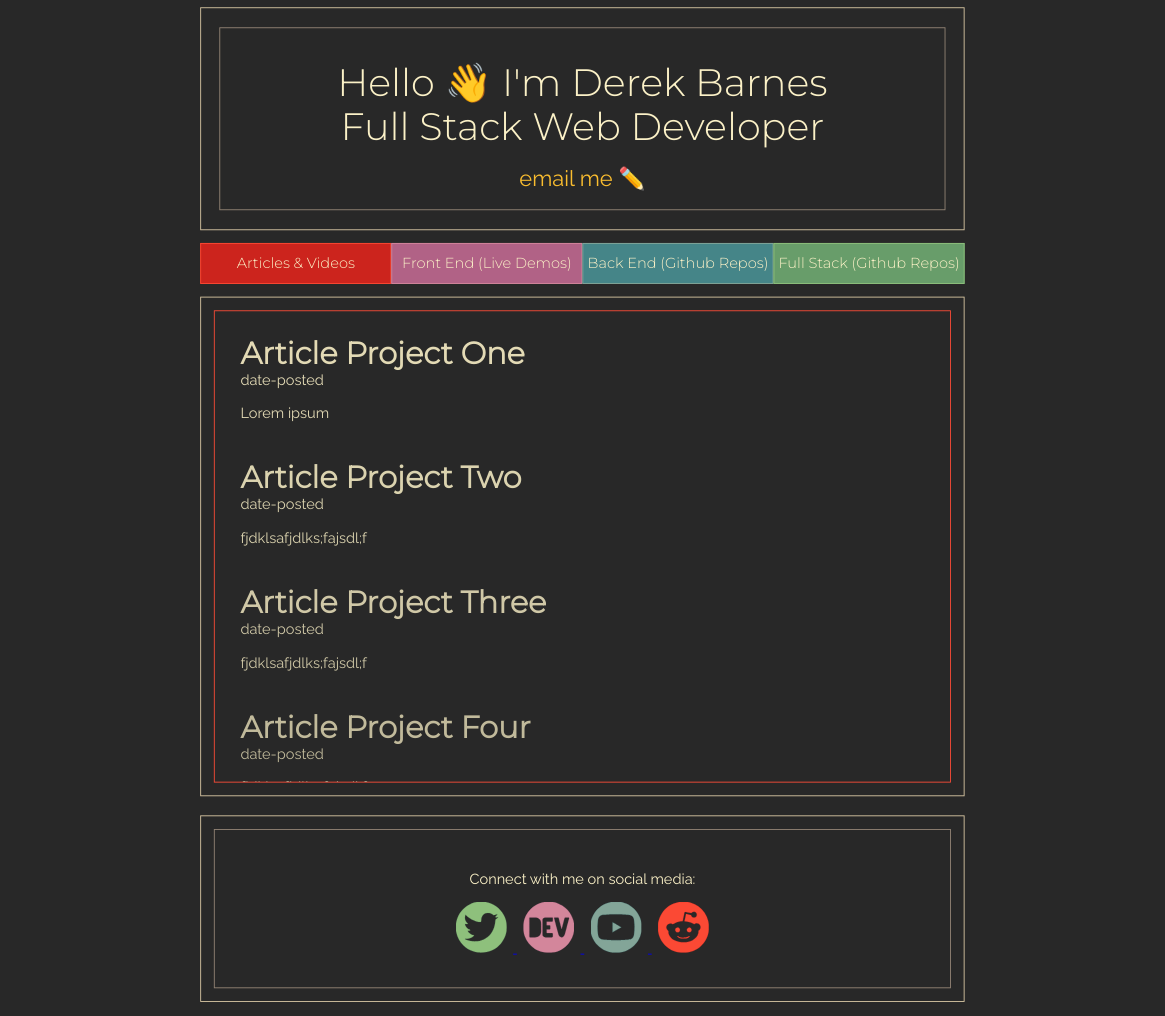
Repository: dsbarnes/groovy-blog
Page: index.html
An editor plug-in stored every save of this project. The page is shown before and after the next save, followed by the edit.
The browser window is 1280 px wide. The pictures show the whole page, at 91% of full size.
After loading, the first visible `#articles` was clicked once.
An inner scrolling area shows only its first screen. The style sheet was rebuilt from its Sass, Less or Tailwind sources for each picture, by a compiler version that may differ from the author's.

Above is the page before, as saved 2020-05-11 18:33:52.

### index.html
<!DOCTYPE html>
<html lang="en">

<head>
    <meta charset="UTF-8">
    <meta name="viewport" content="width=device-width, initial-scale=1.0">
    <link href="https://fonts.googleapis.com/css2?family=Montserrat:wght@300&display=swap" rel="stylesheet">
    <link href="https://fonts.googleapis.com/css2?family=Raleway&display=swap" rel="stylesheet">

    <title>D.S. Barnes</title>

    <link rel="stylesheet" href="./CSS/style.css">
</head>

<body>
    <div class="container">

        <div id='nameCard'>
            <div id="doubleBorder">
                <p>Hello 👋 I'm Derek Barnes</p>
                <p>Full Stack Web Developer</p>
                <br />
                <small><a href='mailto:derekb0147@gmail.com'>email me ✏️</a></small>
                <br />
            </div>
        </div>

        <div id='selections'>
            <p class='nav' data-color='red' id='articles'>Articles & Videos</p>
            <p class='nav' data-color='purple' id='frontend'>Front End (Live Demos)</p>
            <p class='nav' data-color='blue' id='backend'>Back End (Github Repos)</p>
            <p class='nav' data-color='aqua' id='fullstack'>Full Stack (Github Repos)</p>
        </div>

        <!-- <button id="toggle-button">Toggle collapse</button> -->

        <!-- Section one -->
        <div class="content">
            <div class='double-border'>
                <div id='content-section-text'>
                    <p>As a full stack developer, I don't just write code.</p>
                    <p>I focus on team dynamics, agile work practices, and communications.</p>
                    <br />
                    <p>I can build APIs and maintain databases.</p>
                    <p>Equally, often more importantly, I listen to and understand consumer needs.</p>
                    <br />
                    <p>I specialize in clean, unobtrusive interfaces,</p>
                    <p>using modern technology,</p>
                    <p>to communicate clearly and solve real world problems.</p>
                </div>
            </div>
        </div>


        <!-- Section two -->
        <div class="hobbies">
            <div class='double-border'>

                <p>Besides code, I like to:</p>
                <br />

                <p class='xpad'>
                    <span class='bigEmoji'>🤔</span>
                    <span class='emojiText'>Think about philosophy.</span>
                </p>

                <p class='xpad'>
                    <span class='bigEmoji'>♟️</span>
                    <span class='emojiText'>Play chess.</span>
                </p>

                <p class='xpad'>
                    <span class='bigEmoji'>🎤</span>
                    <span class='emojiText'>listen to gratuitous amounts of rap music.</span>
                </p>
            </div>
        </div>


        <!-- Section three -->
        <div class="social-media">
            <div class="double-border">

                <p>Connect with me on social media:</p>

                <div id='media-icons'>
                    <a href='https://twitter.com/DerekBarnes0' id='twitter'>
                        <img src='../SVG/twitterLogo.svg'>
                    </a></img>

                    <a href='https://dev.to/dsbarnes' id="devto">
                        <img src='../SVG/devLogo.svg'>
                    </a></img>

                    <a href='https://www.youtube.com/channel/UC4wXeImm3FqzbxJvwSMoQFg?view_as=subscriber' id='youtube'>
                        <img src='../SVG/youtubeLogo.svg'>
                    </a></img>

                    <a href='https://www.reddit.com/user/snipethebird' id='reddit'>
                        <img src='../SVG/redditLogo.svg'>
                    </a></img>
                </div>

            </div>
        </div>

    </div><!-- container -->

    <script type=module src="index.js"></script>
</body>

</html>

### index.js
import articles from './components/articles.js'
import repos from './components/repos.js'

import articlesData from './siteData/articles.js'
import backendData from './siteData/backEnd.js'
import frontendData from './siteData/frontEnd.js'
import fullstackData from './siteData/fullStack.js'

const handleRemoveData = () => {
    const sections = Array.from(document.querySelectorAll('[id*="section-text"]'))

    for (const section of sections) {
        const elementsToRemove = Array.from(section.children)
        for (const element of elementsToRemove)
            element.remove()
    }
}

const populateData = (id) => {
    id == 'articles' && articles(articlesData)
    id == 'frontend' && repos(frontendData)
    id == 'backend' && repos(backendData)
    id == 'fullstack' && repos(fullstackData)
}

const handleTransition = (id) => {
    // Adds overflow: scroll to the content car:
    document.querySelector('.content')
        .classList.add('collapsed')

    // Shrinks and fades out the middle card:
    document.querySelector('.hobbies')
        .classList.add('collapsed')

    // Adjusts the social media card:
    document.querySelector('.social-media')
        .classList.add('collapsed')

    populateData(id)
}

let active = null
document.querySelectorAll('.nav')
    .forEach(btn => btn.addEventListener('click', function () {
        // Set active section
        // Click the currently active section does nothing
        if (active == this.id) return
        active = this.id

        document.querySelector('.double-border')
            .classList.add(`border-color-${this.dataset.color}`)

        handleRemoveData()

        const hobbies = document.querySelector('.hobbies').classList
        // If hobbies is collapsed then only repopulate the data
        hobbies.contains('collapsed') ?
            // Fades in the articles:
            populateData(this.id) :
            // Fades out about card, then runs populateData()
            handleTransition(this.id)
    }))

### components/articles.js
function modules(arr) {
    const root = document.getElementById('content-section-text')

    // Conceptually this is the same thing as
    // handleElementSection in repos.js
    // however, it builds two different components.
    const handleElementSection = (element) => {
        const container = document.createElement('div')
        const title = document.createElement('h1')
        const date = document.createElement('p')
        const short = document.createElement('p')

        title.innerHTML = element['Title']
        container.appendChild(title)

        date.innerHTML = element['Date']
        container.appendChild(date)

        short.innerHTML = element['Short']
        container.appendChild(short)

        container.classList.add('article-repo')
        root.appendChild(container)
    }

    for (const i in arr) {
        // setTimeout is non-blocking
        // IIFE to prevent setTimeout from stacking
        // and executing all at once:
        (() => {
            const element = arr[i]
            setTimeout(() => {
                handleElementSection(element)
                // Not for(of) b/c i is necessary here:
            }, 160 * i)
        })(i)
    }
}

export default modules

### components/repos.js
function repos(arr) {

    const root = document.getElementById('content-section-text')

    // for (const element of arr) {

    // Conceptually this is the same thing as
    // handleElementSection in articles.js
    // however, it builds two different components.
    const handleElementSection = (element) => {
        const container = document.createElement('div')
        const titleAndLinks = document.createElement('div')
        const title = document.createElement('h1')
        const repolink = document.createElement('p')
        const demolink = document.createElement('p')
        const description = document.createElement('p')

        titleAndLinks.classList.add('repo-title-links')

        title.innerHTML = element['Repo']
        titleAndLinks.appendChild(title)

        repolink.innerHTML = element['RepoLink']
        titleAndLinks.appendChild(repolink)

        if (element['DemoLink'] != undefined) {
            demolink.innerHTML = element['DemoLink']
            container.appendChild(demolink)
            titleAndLinks.appendChild(demolink)
        }

        container.appendChild(titleAndLinks)

        description.innerHTML = element['Description']
        description.classList.add('repo-description')
        container.appendChild(description)

        container.classList.add('article-repo')
        root.appendChild(container)
    }

    // }

    for (const i in arr) {
        // setTimeout is non-blocking
        // IIFE to prevent setTimeout from stacking
        // and executing all at once:
        (() => {
            const element = arr[i]
            setTimeout(() => {
                handleElementSection(element)
            }, 200 * i)
        })(i)
    }
}

export default repos

### siteData/articles.js
const articleData = [
    {
        "Title": "Article Project One",
        "Date": "date-posted",
        "Short": "Lorem ipsum"
    },
    {
        "Title": "Article Project Two",
        "Date": "date-posted",
        "Short": "fjdklsafjdlks;fajsdl;f"
    },
    {
        "Title": "Article Project Three",
        "Date": "date-posted",
        "Short": "fjdklsafjdlks;fajsdl;f"
    },
    {
        "Title": "Article Project Four",
        "Date": "date-posted",
        "Short": "fjdklsafjdlks;fajsdl;f"
    },
    {
        "Title": "Article Project Five",
        "Date": "date-posted",
        "Short": "fjdklsafjdlks;fajsdl;f"
    }
]

export default articleData

### siteData/backEnd.js
const backendData = [
    {
        "Repo": "Back End Project One",
        "RepoLink": "blah.com",
        "Description": "README.md"
    },
    {
        "Repo": "Back End Project Two",
        "RepoLink": "blah.com",
        "Description": "README.md"
    },
    {
        "Repo": "Back End Project Three",
        "RepoLink": "blah.com",
        "Description": "README.md"
    },
    {
        "Repo": "Back End Project Four",
        "RepoLink": "blah.com",
        "Description": "README.md"
    },
    {
        "Repo": "Back End Project Five",
        "RepoLink": "blah.com",
        "Description": "README.md"
    }
]

export default backendData

### siteData/frontEnd.js
const frontendData = [
    {
        "Repo": "Front End Project One",
        "RepoLink": "blah.com",
        "DemoLink": "demo link",
        "Description": "Lorem ipsum dolor sit amet, consectetur adipiscing elit, sed do eiusmod tempor incididunt ut labore et dolore magna aliqua. Dolor sit amet consectetur adipiscing elit duis tristique.Lorem ipsum dolor sit amet, consectetur adipiscing elit, sed do eiusmod tempor incididunt ut labore et dolore magna aliqua. Dolor sit amet consectetur adipiscing elit duis tristique.Lorem ipsum dolor sit amet, consectetur adipiscing elit, sed do eiusmod tempor incididunt ut labore et dolore magna aliqua. Dolor sit amet consectetur adipiscing elit duis tristique."
    },
    {
        "Repo": "Front End Project Two",
        "RepoLink": "blah.com",
        "DemoLink": "demo link",
        "Description": "README.md"
    },
    {
        "Repo": "Front End Project Three",
        "RepoLink": "blah.com",
        "DemoLink": "demo link",
        "Description": "README.md"
    },
    {
        "Repo": "Front End Project Four",
        "RepoLink": "blah.com",
        "DemoLink": "demo link",
        "Description": "README.md"
    },
    {
        "Repo": "Front End Project Five",
        "RepoLink": "blah.com",
        "DemoLink": "demo link",
        "Description": "README.md"
    }
]

export default frontendData

### siteData/fullStack.js
const fullstackData = [
    {
        "Repo": "Full Stack Project One",
        "RepoLink": "blah.com",
        "Description": "README.md"
    },
    {
        "Repo": "Full Stack Project Two",
        "RepoLink": "blah.com",
        "Description": "README.md"
    },
    {
        "Repo": "Full Stack Project Three",
        "RepoLink": "blah.com",
        "Description": "README.md"
    },
    {
        "Repo": "Full Stack Project Four",
        "RepoLink": "blah.com",
        "Description": "README.md"
    },
    {
        "Repo": "Full Stack Project Five",
        "RepoLink": "blah.com",
        "Description": "README.md"
    }
]

export default fullstackData

### style.scss
// Main Container:
// Sizings - everything is a multiple of 14!!
$container-width: 840px;
$container-height: 1100px;
$outer-width: $container-width * .8;
$margin-pad-sizing: 14px;


// Gruvbox colors:
$background-color: #282828;
$background-alt-color: #3c3836;
$font-color: #fbf1c7;
$font-alt-color: #ebdbb2;
$outer-border: #d5c4a1;
$inner-border: #928374;
$red-color: #cc241d;
$light-red-color: #fb4934;
$green-color: #98971a;
$light-green-color: #b8bb26;
$yellow-color: #d79921;
$light-yellow-color: #fabd2f;
$blue-color: #458588;
$light-blue-color: #83a598;
$purple-color: #b16286;
$light-purple-color: #d3869b;
$aqua-color: #689d6a;
$light-aqua-color: #8ec07c;


// Font:
$title-font: 'Montserrat', sans-serif;
$body-font: 'Raleway', sans-serif;
$title-font-size: 42px;
$body-font-size: 16px;


//Mixins:
@mixin bg-border($bg-color, $border-color){
  background-color: $bg-color;
  border: 1px solid $border-color;
}
@mixin font-fam-size($fam, $size){
  font-family: $fam;
  font-size: $size;
}
@mixin sectionButton($bg-color, $border-color){
  @include bg-border($bg-color, $border-color);
  @include font-fam-size($title-font, $body-font-size);
  display: inline-block;
  margin: 0 auto;
  //That just looks best as 12, idk.
  padding: 12px 0px;
  text-align: center;
  width: (($container-width / 4));
}

// Keyframes:
@keyframes border-color-red{
  from { border-color: $inner-border; }
  to { border-color: $light-red-color; }
}
@keyframes border-color-purple{
  from { border-color: $inner-border; }
  to { border-color: $light-purple-color; }
}
@keyframes border-color-blue{
  from { border-color: $inner-border; }
  to { border-color: $light-blue-color; }
}
@keyframes border-color-aqua{
  from { border-color: $inner-border; }
  to { border-color: $light-aqua-color; }
}
@keyframes fade-in{
  from{color: $background-color;}
  to{ color: $font-color; }
}
.article-repo{ animation: fade-in 2.5s forwards;}


// Overall styling:
* { box-sizing:border-box; }
body{ background-color: $background-color; color: $font-color }
//Everything visible is inside this container:
.container {
  display:flex;
  flex-direction:column;
  justify-content:flex-start;
  width: $container-width;
  margin: 0 auto;
  // we're required to set height explicitly
  height: $container-height;
}
h1{ @include font-fam-size($title-font, $title-font-size/1.25)}


// Name Card
#nameCard{
  border: 1px solid $outer-border;
  padding: $margin-pad-sizing/2;
  text-align: center;
  line-height: $margin-pad-sizing/2;

  small{ @include font-fam-size($body-font, $body-font-size*1.5); }
  a{ text-decoration: none; color: $light-yellow-color }

  #doubleBorder{
      @include bg-border($background-color, $inner-border);
      p{ @include font-fam-size($title-font, $title-font-size);}
      margin: $margin-pad-sizing auto;
      padding: $margin-pad-sizing;
      padding-bottom: $margin-pad-sizing*2;

      // 14px b/c of margin.
      // Why *3? Good question.
      width: ($container-width - 14px*3);
  }
}


// Nav 'buttons'
#selections{
  display: flex;
  justify-content: space-between;
  margin-top: $margin-pad-sizing;
}
#articles{ @include sectionButton($red-color, $light-red-color) }
#frontend{ @include sectionButton($purple-color, $light-purple-color) }
#backend{ @include sectionButton($blue-color, $light-blue-color) }
#fullstack{ @include sectionButton($aqua-color, $light-aqua-color) }

// General double border settings, different from
// name card b/c ...damnit
.double-border{
  border: 1px solid $inner-border;
  // Variables not working in calc()
  // will investigate.
  height: calc(100% - 28px); // $margin-pad-size*2
  width: calc(100% - 28px);  // $margin-pad-size*2
  margin: $margin-pad-sizing auto 0 auto;
  padding: $margin-pad-sizing*2;
}
.double-border.border-color-red{animation: border-color-red 2s ease forwards; }

// This is the section that expands:
.content{
  @include bg-border($background-color, $outer-border);
  @include font-fam-size($body-font, $body-font-size);


  line-height: $margin-pad-sizing/2;
  margin: $margin-pad-sizing 0;
  overflow: hidden;
  flex: 3;
}

.content.collapsed{
  // iOS browsers:
  ::-webkit-scrollbar {
    background: transparent;
    width: 9px;
  }
  ::-webkit-scrollbar-track {
    background: transparent;
  }
  ::-webkit-scrollbar-thumb {
    -webkit-border-radius: 5px;
    background:$background-alt-color;
  }
  ::-webkit-scrollbar-track-piece:start {
    // Makes all the difference
    margin-top: 1.5px;
  }

  // Firefox:
  // Which is much, much easier.
  scrollbar-color: $background-alt-color $background-color;
  scrollbar-width: thin;

  .double-border{
    overflow-y: scroll;
    overflow-x: hidden;
  }
}

// Not visible until the .content section
// is .collapsed
.article-repo{
  margin-bottom: $margin-pad-sizing*4;
  h1{ margin: $margin-pad-sizing 0; }
  p{line-height: $margin-pad-sizing*1.5; }
  .repo-title-links p{
    width: $container-width/10;
    display: inline-block;
  }
  .repo-description{
    margin: 0px;
    line-height: $margin-pad-sizing*1.5;
  }
}


// This section dissapears:
.hobbies {
  // note that we're transitioning flex, not height!
  @include bg-border($background-color, $outer-border);
  @include font-fam-size($body-font, $body-font-size);
  line-height: $margin-pad-sizing/2;
  margin: $margin-pad-sizing/2 0;
  flex: 2;
  .bigEmoji{ font-size: $title-font-size; }
  .xpad{ padding-left: 24px; }
  .emojiText{
      position: relative;
      bottom: $margin-pad-sizing;
      padding-left: $margin-pad-sizing/2;
  }
  transition:all 0.7s ease;
}
.hobbies.collapsed {
  border: 0px solid $background-color;
  color: $background-color;
  overflow: hidden;
  flex: 0;
  // Big number to squeze box inward
  margin: 0 $margin-pad-sizing * 7;
}


// This section appears to never change
.social-media{
  @include bg-border($background-color, $outer-border);
  @include font-fam-size($body-font, $body-font-size);
  text-align: center;
  margin: $margin-pad-sizing/2 0;
  flex: 2;
  transition: all 0.6s ease;
}
.social-media.collapsed{
  flex: 1;
  #media-icons{
    // Why 20? Good question.
    margin-bottom:
      $margin-pad-sizing + $margin-pad-sizing/2 + 1;
  }
}

// Social Media Icons:
#media-icons{
  width: $container-width / 2;
  margin: 0 auto;
  text-align: center;
  line-height: $margin-pad-sizing;
  img{ width: $margin-pad-sizing*4; margin: 0 $margin-pad-sizing/2; }
}

After the next save:
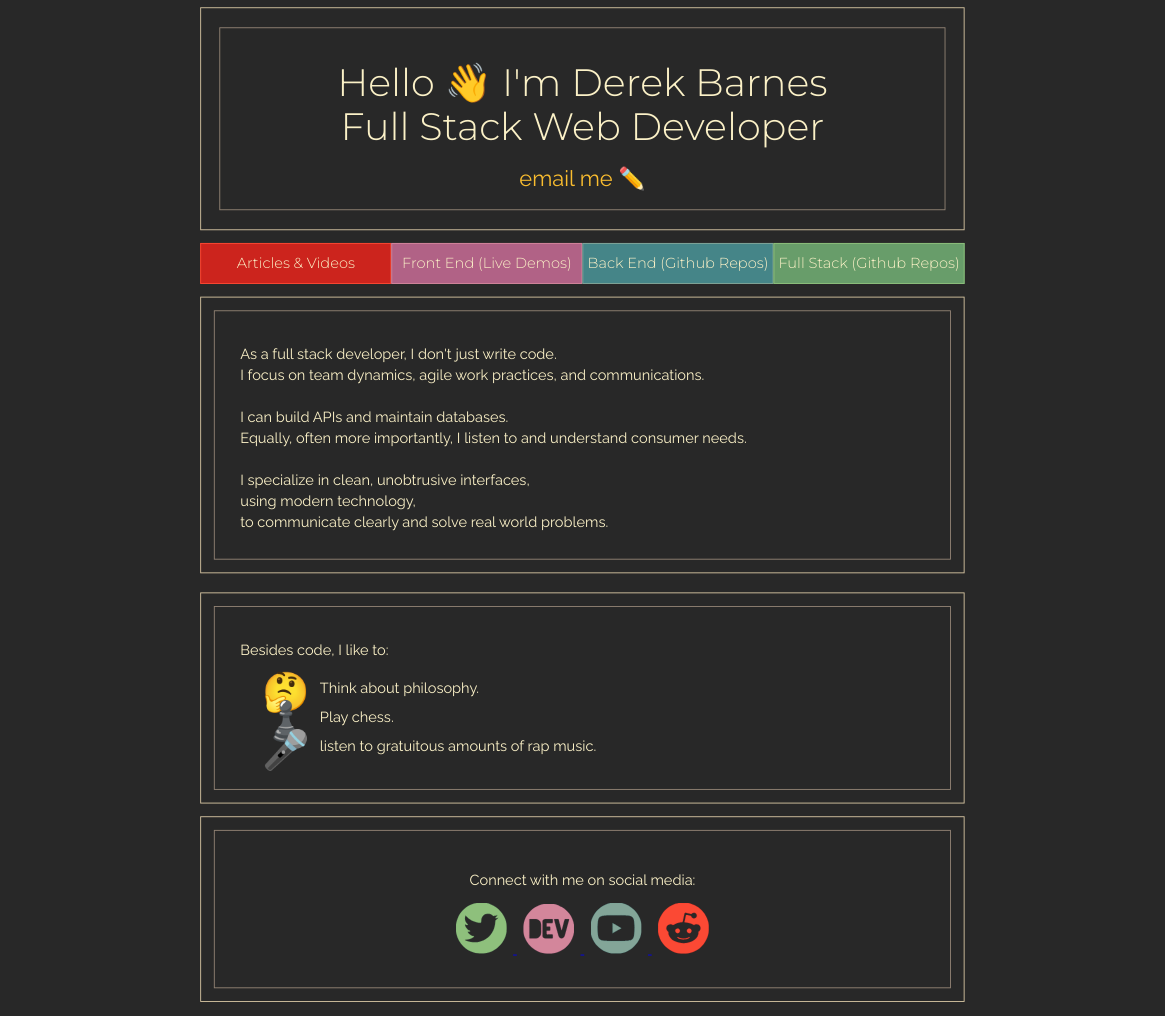
Console error: TypeError: Cannot read properties of undefined (reading 'add')
Saved 67 s later.
--- a/index.js
+++ b/index.js
@@ -47,8 +47,12 @@
         if (active == this.id) return
         active = this.id
 
+
+
         document.querySelector('.double-border')
-            .classList.add(`border-color-${this.dataset.color}`)
+            .classList = ['poop']
+                .classList.add(`border-color-${this.dataset.color}`)
+
 
         handleRemoveData()
 

After the save that followed:
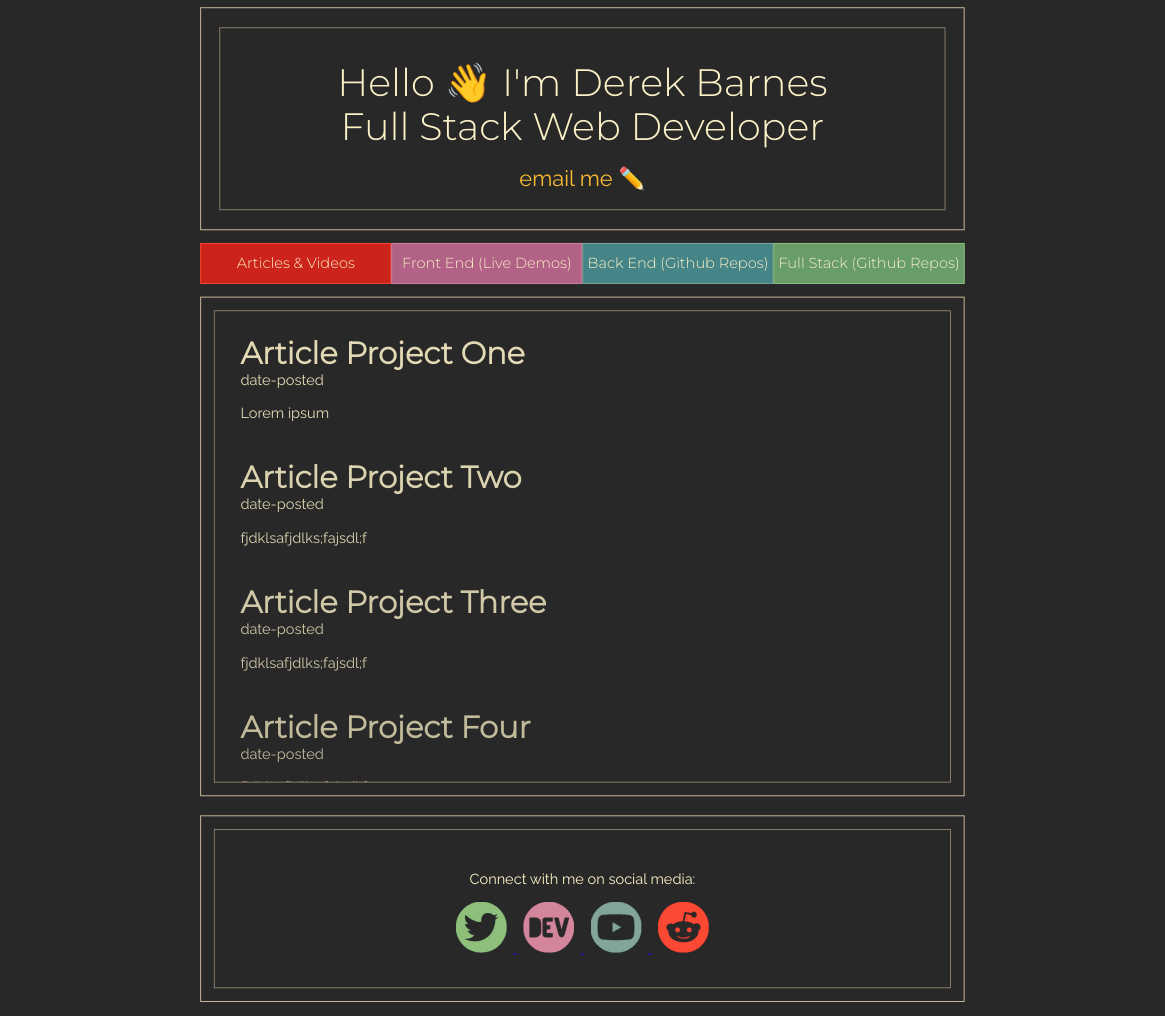
The error is gone.
Saved 44 s later.
--- a/index.js
+++ b/index.js
@@ -47,11 +47,9 @@
         if (active == this.id) return
         active = this.id
 
-
-
-        document.querySelector('.double-border')
-            .classList = ['poop']
-                .classList.add(`border-color-${this.dataset.color}`)
+        const testing = document.querySelector('.double-border')
+        console.log(testing.classList)
+        // .classList.add(`border-color-${this.dataset.color}`)
 
 
         handleRemoveData()
